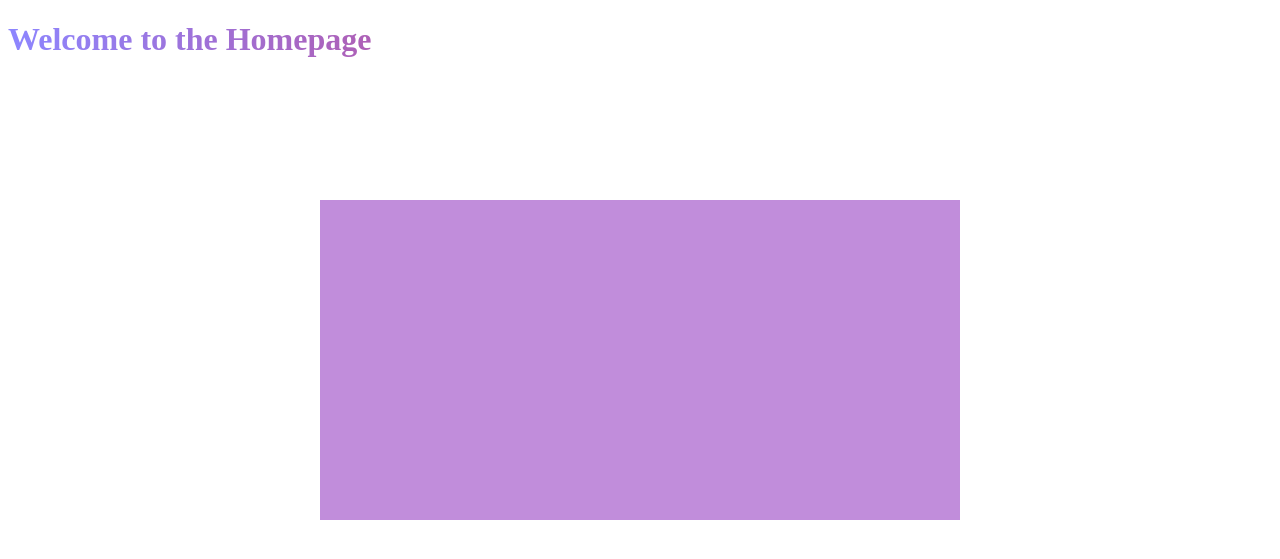
Repository: juliet-jskim/week9-popup-MDIA2109
Page: /
The author's editor kept a copy of each file at every save. The page is drawn from the files as they stood at one save, then again after the next save.
The browser window is 1280 px wide. The pictures show the whole page.
The project was rebuilt for these pictures with package versions that can differ from the ones it lists, and the page was loaded fresh each time. The framework's server and built-in components were replaced by stand-ins that run in the browser. Also part of the build but not shown: next.config.js.

Above is the page before, as saved 2023-02-27 10:08:58.

After the next save:
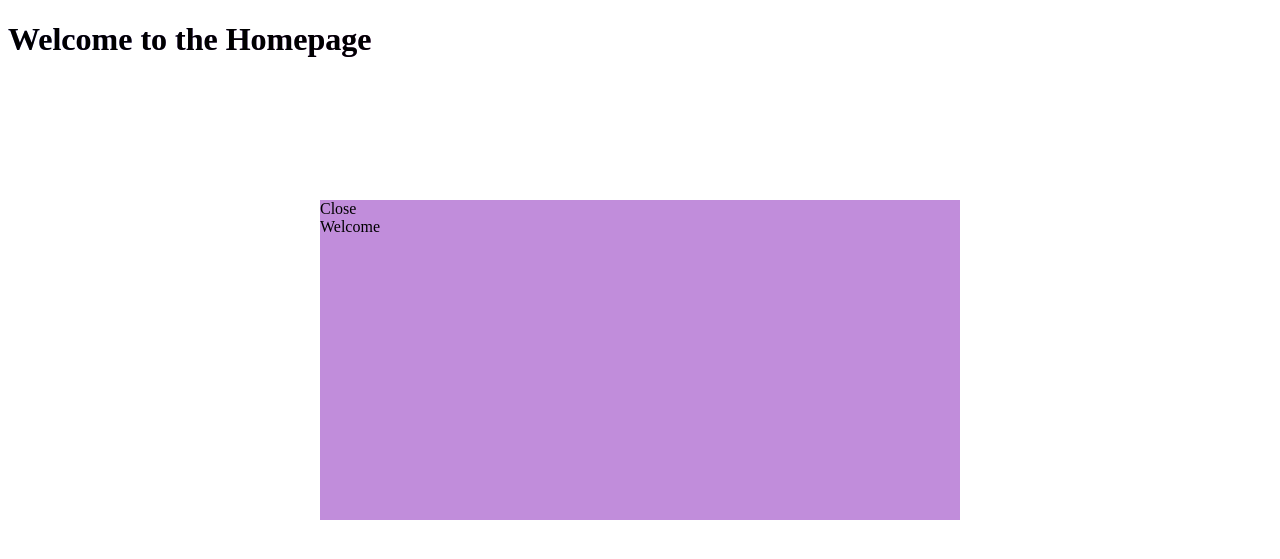
Saved 13 s later.
--- a/styles/Home.module.css
+++ b/styles/Home.module.css
@@ -4,5 +4,5 @@
   background: linear-gradient(90deg, rgba(141,134,255,1) 0%, rgba(255,0,0,1) 100%);
   z-index: -1;
   -webkit-background-clip: text;
-  -webkit-text-fill-color: transparent;
+  /* -webkit-text-fill-color: transparent; */
 }
